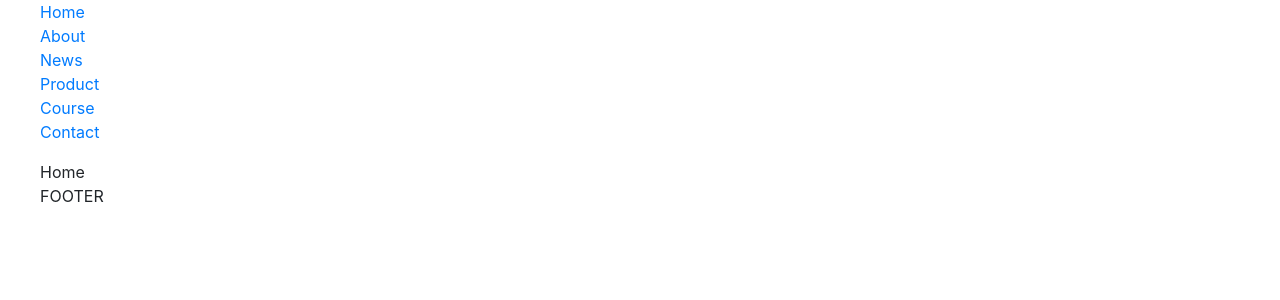
Repository: LmHoangg/php_master_unt
Page: http://localhost/?page=home
These files come from the project's save history. The page is drawn as it stood at one moment and after the next save; the edit follows.
The browser window is 1280 px wide. The pictures show the whole page.
The page is run by PHP 8.4 with error messages shown; the project is at /var/www/html/.

Above is the page before, as saved 2021-11-17 13:19:16.

After the next save:
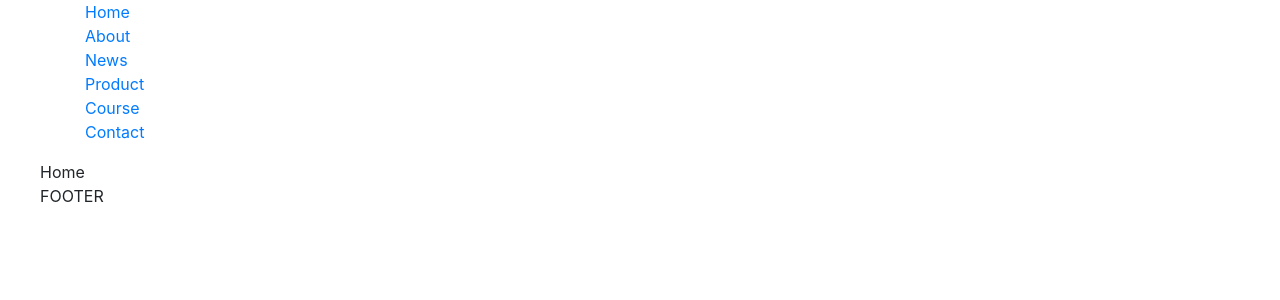
Saved 63 s later.
--- a/inc/header.php
+++ b/inc/header.php
@@ -12,13 +12,16 @@
 <body>
     <div id="wrapper">
         <div id="header">
-            <ul id="main-menu">
-                <li><a href="?page=home">Home</a></li>
-                <li><a href="?page=about">About</a></li>
-                <li><a href="?page=news">News</a></li>
-                <li><a href="?page=product">Product</a></li>
-                <li><a href="?page=course">Course</a></li>
-                <li><a href="?page=contact">Contact</a></li>
-            </ul>
+            <div class="container">
+                <ul id="main-menu">
+                    <li><a href="?page=home">Home</a></li>
+                    <li><a href="?page=about">About</a></li>
+                    <li><a href="?page=news">News</a></li>
+                    <li><a href="?page=product">Product</a></li>
+                    <li><a href="?page=course">Course</a></li>
+                    <li><a href="?page=contact">Contact</a></li>
+                </ul>
+            </div>
+
         </div>
         <!-- end header -->
